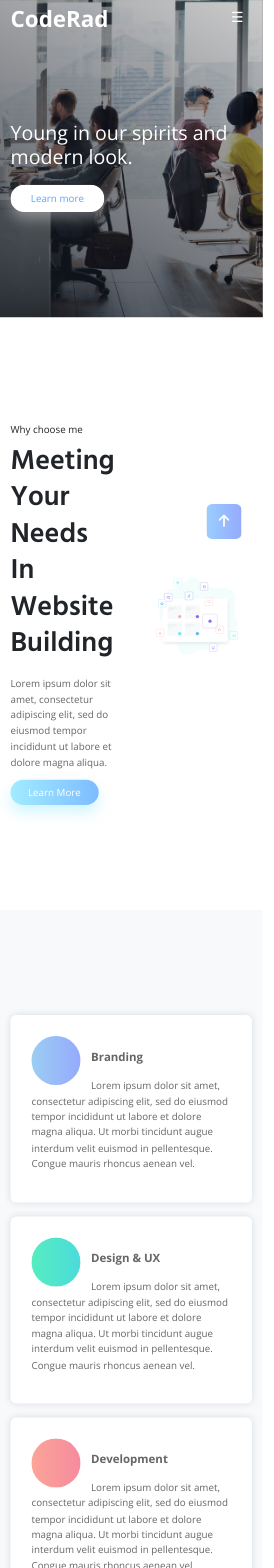
Repository: Sc-Juju/CodeRad
Page: index.html
These files come from the project's save history. The page is drawn as it stood at one moment and after the next save; the edit follows.
The browser window is 375 px wide. The page is 392 px wide, so the pictures cover 392 px, including what lies to the right of the window. The pictures show the part of the page from y = 0 to 2240 px (the page is 8607 px tall before and 8775 px after), at 70% of full size.
Some web libraries are served in a nearby version.

Above is the page before, as saved 2022-11-29 09:48:56.

After the next save:
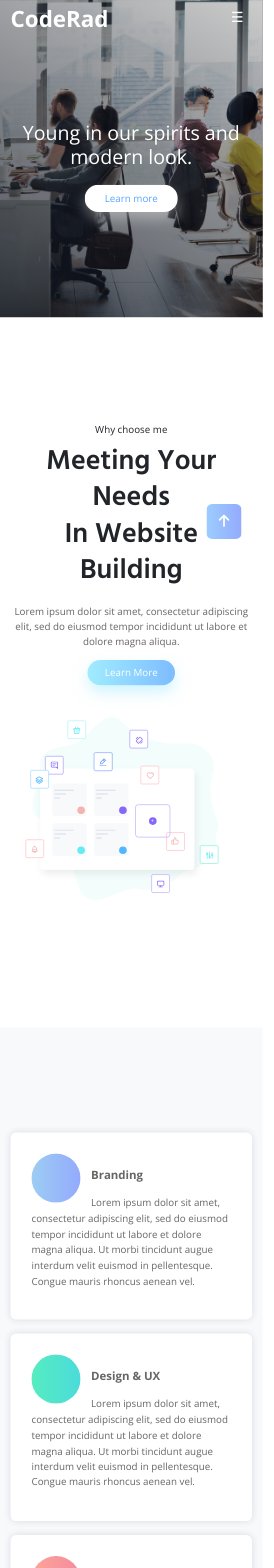
Saved 2 min 2 s later.
--- a/css/responsive.css
+++ b/css/responsive.css
@@ -27,7 +27,7 @@
     }
 }
 
-@media screen and (max-width:480px;){
+@media screen and (max-width:480px){
     .hero-wrapper{ text-align: center; }
 
     .why-me-wrapper{
